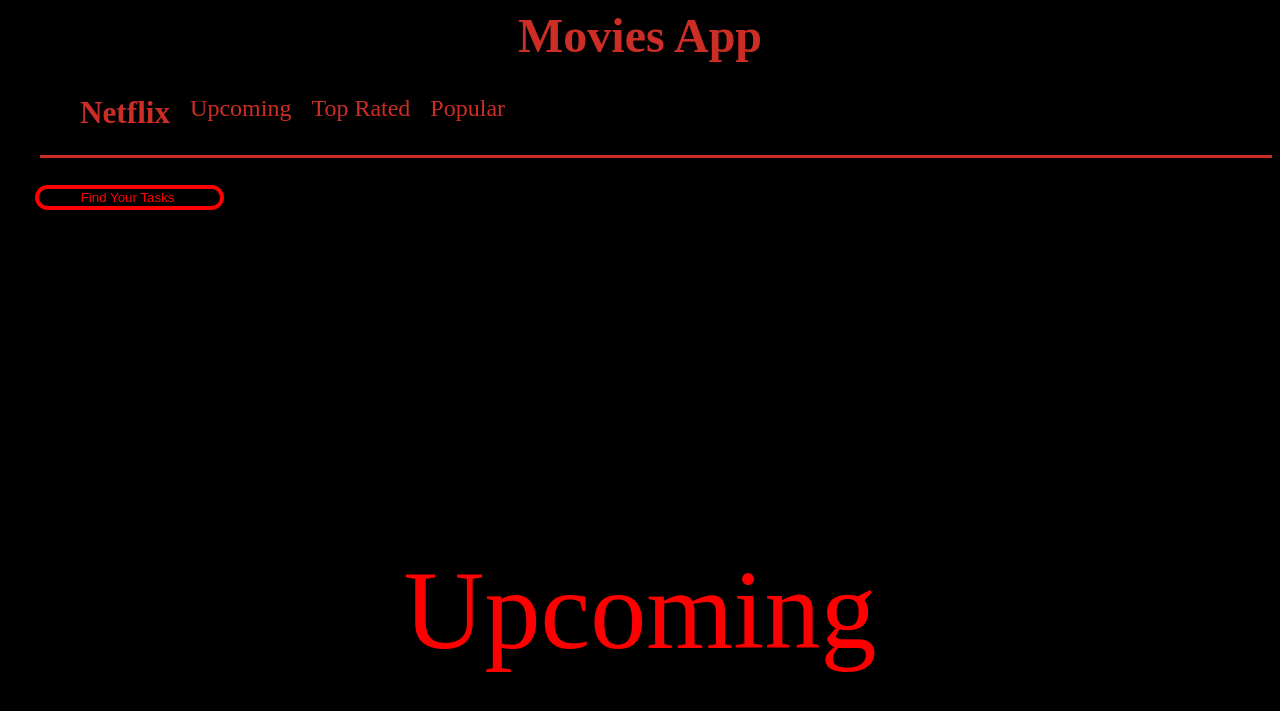
Repository: runner855/movie-app
Page: /
These files come from the project's save history. The page is drawn as it stood at one moment and after the next save; the edit follows.
The browser window is 1280 px wide. The pictures show the whole page.
The project was rebuilt for these pictures with package versions that can differ from the ones it lists, and the page was loaded fresh each time. Also part of the build but not shown: src/styles/TopRated.css, src/components/TopRated.tsx, src/styles/Popular.css, src/components/Popular.tsx.

Above is the page before, as saved 2022-11-16 17:35:41.

After the next save:
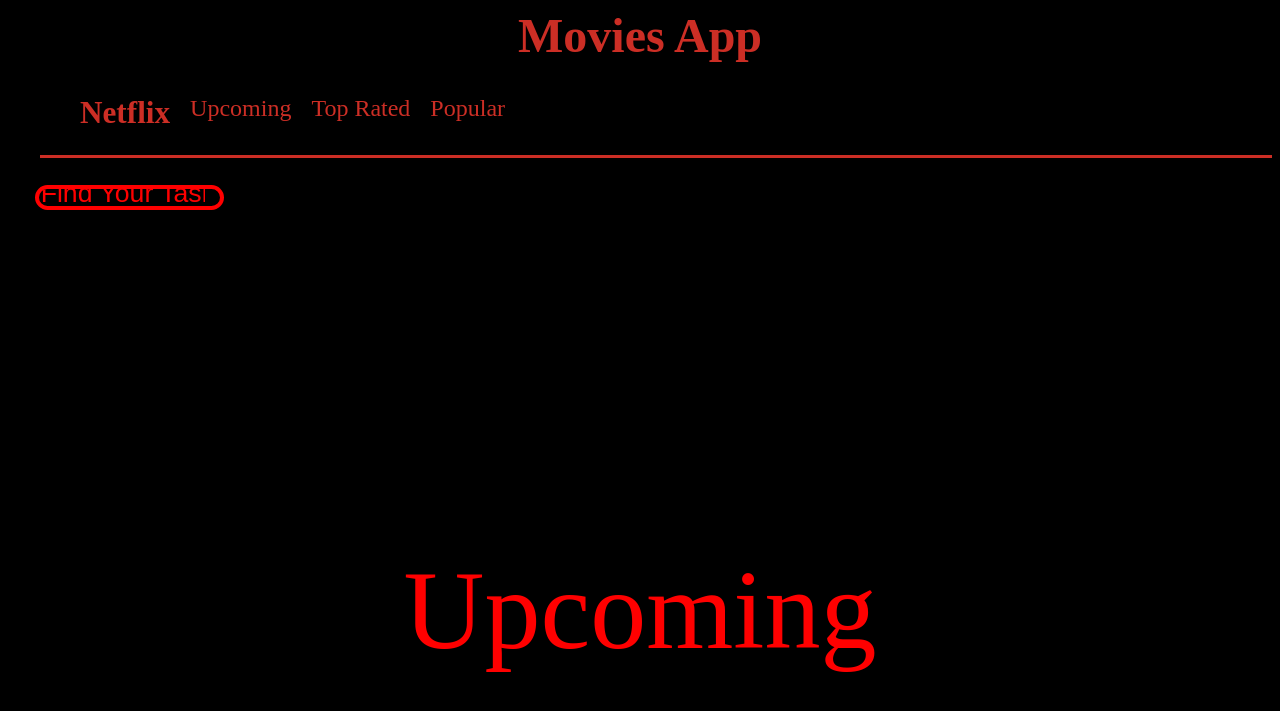
Saved 22 s later.
--- a/src/styles/MoviesFilter.css
+++ b/src/styles/MoviesFilter.css
@@ -11,5 +11,5 @@
 
 input::placeholder {
   color: red;
-  padding: 3em;
+  font-size: 2em;
 }
